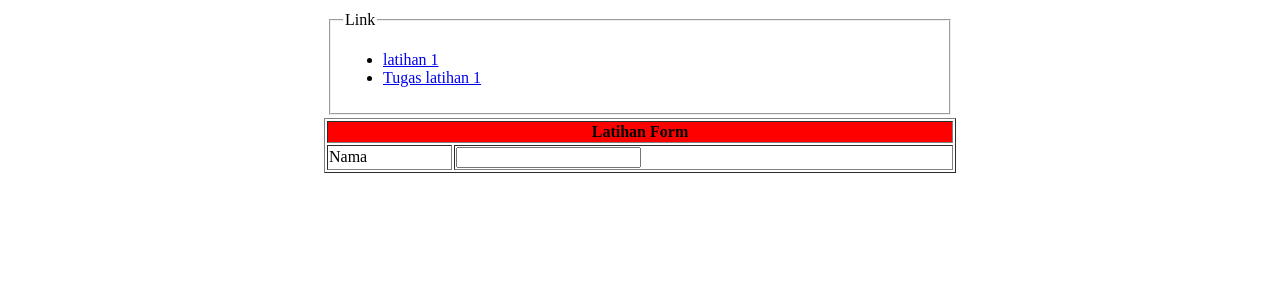
Repository: AHSANS354/tugas-sib5
Page: latihanform.html
The author's editor kept a copy of each file at every save. The page is drawn from the files as they stood at one save, then again after the next save.
The browser window is 1280 px wide. The pictures show the whole page.

Above is the page before, as saved 2023-08-21 11:29:20.

### latihanform.html
<!DOCTYPE html>
<html lang="en">
  <head>
    <meta charset="UTF-8" />
    <meta name="viewport" content="width=device-width, initial-scale=1.0" />
    <title>Document</title>
  </head>
  <body>
    <table width="50%" align="center">
      <tr>
        <td>
          <fieldset>
            <legend>Link</legend>
            <ul>
              <li>
                <a href="/latihan1.html" target="_blank">latihan 1</a>
              </li>
              <li>
                <a href="/list.html" target="_blank">Tugas latihan 1</a>
              </li>
            </ul>
          </fieldset>
        </td>
      </tr>
    </table>

    <table border="1" width="50%" align="center" cellpadding>
      <tr>
        <th colspan="2" bgcolor="red">Latihan Form</th>
      </tr>
      <tr>
        <td width="20%">Nama</td>
        <td>
          <input type="text" />
        </td>
      </tr>
    </table>
  </body>
</html>

After the next save:
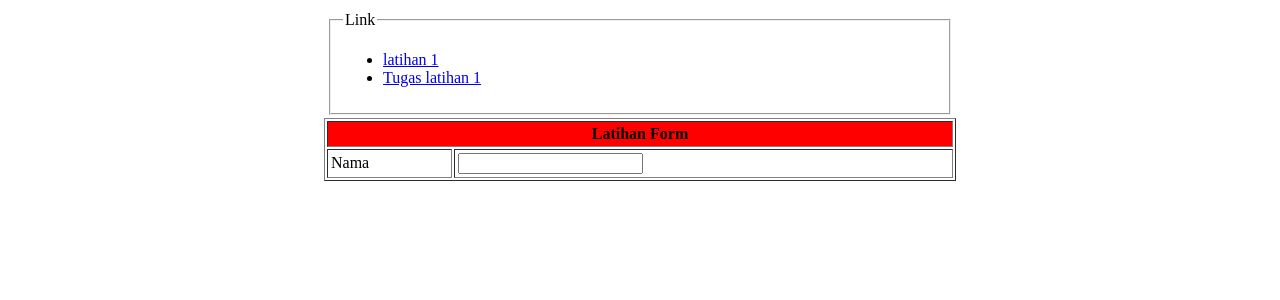
Saved 25 s later.
--- a/latihanform.html
+++ b/latihanform.html
@@ -24,7 +24,7 @@
       </tr>
     </table>
 
-    <table border="1" width="50%" align="center" cellpadding>
+    <table border="1" width="50%" align="center" cellpadding="3">
       <tr>
         <th colspan="2" bgcolor="red">Latihan Form</th>
       </tr>
